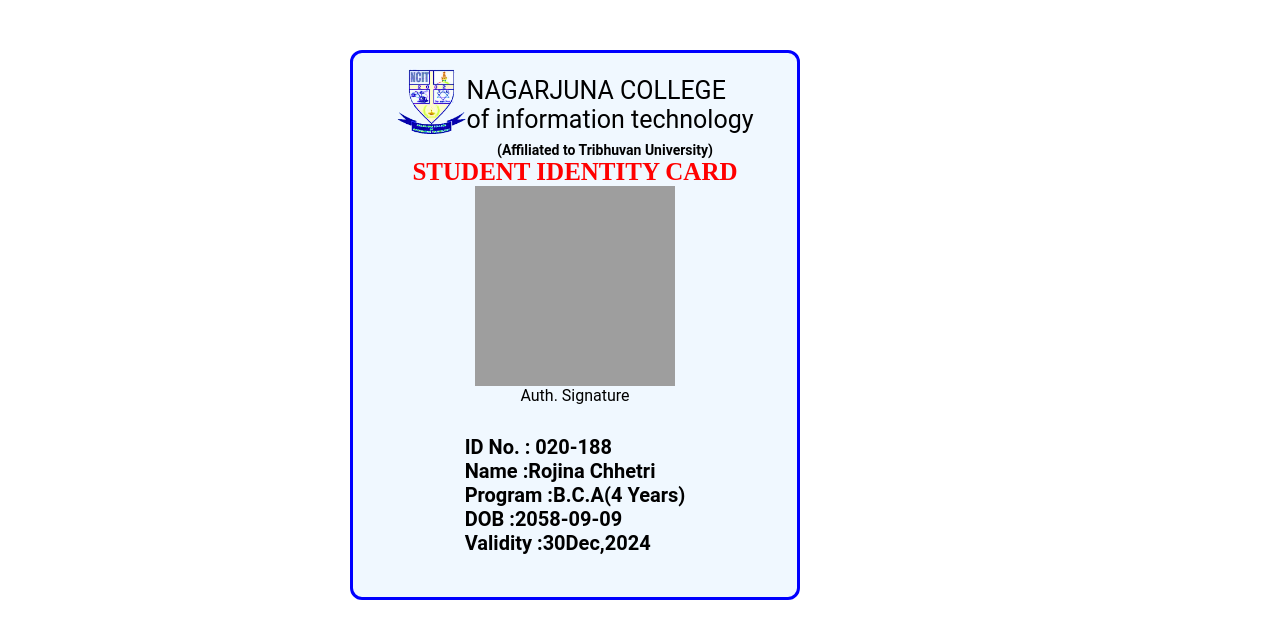
Repository: Rojinachhetri/roji
Page: rojina.html
These files come from the project's save history. The page is drawn as it stood at one moment and after the next save; the edit follows.
The browser window is 1280 px wide. The pictures show the whole page.
Pictures or frames that could not be fetched are drawn as grey boxes.

Above is the page before, as saved 2023-04-24 22:53:35.

### rojina.html
<!DOCTYPE html>
<html lang="en">

<head>
    <meta charset="UTF-8">
    <meta http-equiv="X-UA-Compatible" content="IE=edge">
    <meta name="viewport" content="width=device-width, initial-scale=1.0">
    <title>Nagrajuna college</title>
    <link rel="stylesheet" href="rojina.css">
</head>

<body>
    <div class="container">
        <div class="hero">
            <div class="card_logo">
                <img src="logo1.png" alt="logo" height="70px" width="70px">

            </div>
            <div class="hero_text">
                <div class="name">NAGARJUNA COLLEGE</div>
                <div class="class1">of information technology</div>
            </div>
        </div>

        <div class="header">(Affiliated to Tribhuvan University)
        </div>
        <div class="student">STUDENT IDENTITY CARD</div>
        <div class="hero1">
            <img src="./rojinaa.jpg" alt="picture" height="200px" width="200px">
            <div>Auth. Signature</div>
        </div>
        <div class="id">
            <div>ID No. : 020-188</div>
            <div>Name :Rojina Chhetri</div>
            <div>Program :B.C.A(4 Years)</div>
            <div>DOB :2058-09-09</div>
            <div>Validity :30Dec,2024</div>
        </div>

    </div>


</body>

</html>

### rojina.css
    * {
        box-sizing: border-box;
        padding: 0px;
        margin: 0px;
        font-family: RobotO, sans-serif;
    }

    .container {
        width: 450px;
        height: 550px;
        background-color: aliceblue;
        border: 3px solid blue;
        display: flex;
        flex-direction: column;
        align-items: center;
        margin: 50px 150px 50px 350px;
        padding: 0px 10px 10px 10px;
        border-radius: 12px 12px 12px 12px;
    }

    .hero {
        display: flex;
        flex-direction: row;
        align-items: center;
        margin-top: 15px;
    }

    .hero_text {
        font-size: 25px;
    }

    .container_text .name {
        text-decoration: underline;
        color: #1c5a85;
        font-weight: bolder;
    }

    .header {
        font-size: 14px;
        font-weight: bold;
        margin-left: 60px;
    }

    .hero1 {
        display: flex;
        flex-direction: column;
        align-items: center;
    }

    .student {
        font-size: 25px;
        font-weight: bolder;
        font-family: 'Times New Roman', Times, serif;
        color: red;
    }

    .id {
        font-size: 20px;
        margin-top: 30px;
        font-weight: bold;
    }

After the next save:
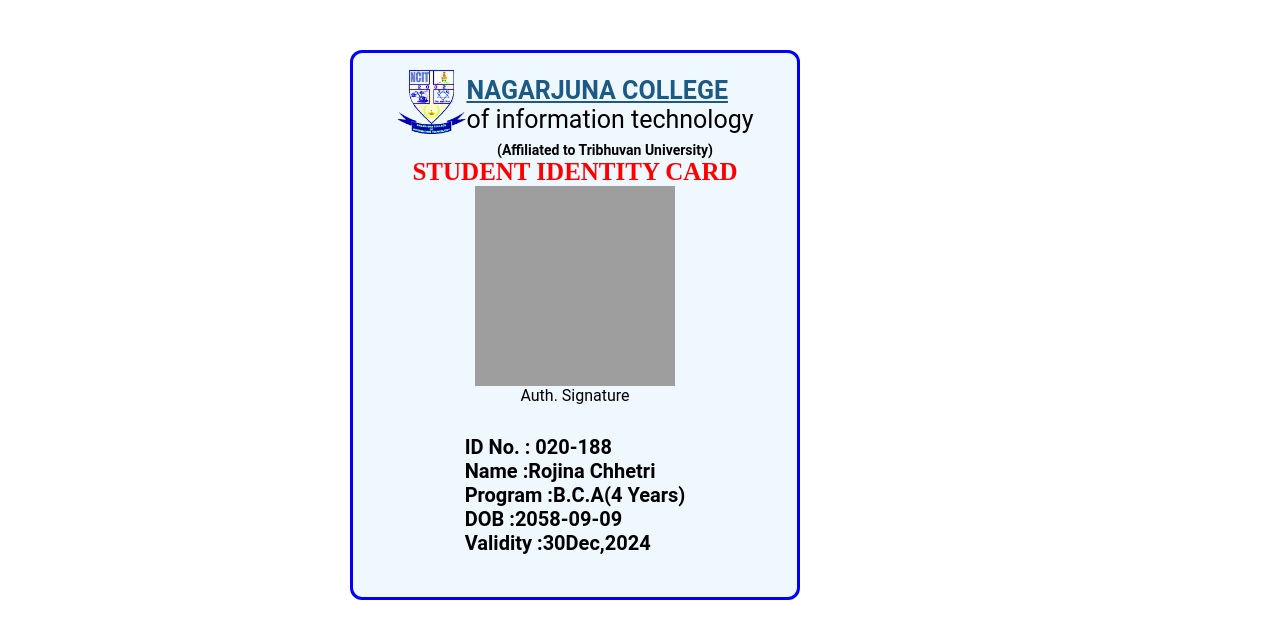
Saved 10 s later.
--- a/rojina.css
+++ b/rojina.css
@@ -29,7 +29,7 @@
         font-size: 25px;
     }
 
-    .container_text .name {
+    .hero_text .name {
         text-decoration: underline;
         color: #1c5a85;
         font-weight: bolder;
